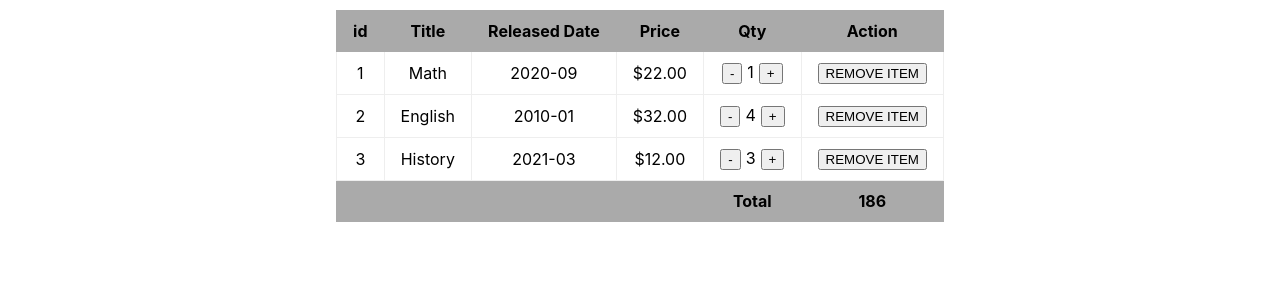
Repository: vgg1kkh/myBookStoreBasket
Page: /
An editor plug-in stored every save of this project. The page is shown before and after a run of saves, followed by the edit.
The browser window is 1280 px wide. The pictures show the whole page.
The project was rebuilt for these pictures with package versions that can differ from the ones it lists, and the page was loaded fresh each time.

Above is the page before, as saved 2021-10-07 16:49:02.

### public/index.html
<!DOCTYPE html>
<html lang="en">
  <head>
    <meta charset="utf-8" />
    <link rel="icon" href="%PUBLIC_URL%/favicon.ico" />
    <meta name="viewport" content="width=device-width, initial-scale=1" />
    <meta name="theme-color" content="#000000" />
    <meta
      name="description"
      content="Web site created using create-react-app"
    />
    <title>React App</title>
  </head>
  <body>
    <noscript>You need to enable JavaScript to run this app.</noscript>
    <div id="root"></div>

  </body>
</html>

### src/App.js
import React, { Component } from "react";
import { formatPrice } from "./format-util";
import "./App.css";

export default class App extends Component {
  constructor() {
    super();
    this.state = {
      bookList: [
        { id: 3, name: "Math", date: "2020-09", price: 22, number: 1 },
        { id: 4, name: "English", date: "2010-01", price: 32, number: 4 },
        { id: 5, name: "History", date: "2021-03", price: 12, number: 3 },
      ],
    };
  }

  getTotalPrice() {
    // this.state.bookList.reduce(
    //   (pre, item) => (pre = item.price * item.number + pre)
    // );
    let totalPrice = 0
    for(let i of this.state.bookList){
        totalPrice = i.price * i.number + totalPrice
    }
    return totalPrice
  }
  render() {
    return (
      <>
        <div>
          <table className="table-wrapper">
            <thead>
              <tr>
                <th>id</th>
                <th>Title</th>
                <th>Released Date</th>
                <th>Price</th>
                <th>Qty</th>
                <th>Action</th>
              </tr>
            </thead>
            <tbody>
              {this.state.bookList.map((item, index) => {
                return (
                  <tr key={item.id}>
                    <td>{index + 1}</td>
                    <td>{item.name}</td>
                    <td>{item.date}</td>
                    <td>{formatPrice(item.price)}</td>
                    <td>
                      <button>-</button>
                      <span className="book-qty">
                        {item.number}
                      </span>
                      <button>+</button>
                    </td>
                    <td>
                      <button>REMOVE ITEM</button>
                    </td>
                  </tr>
                );
              })}
              <tr>
                <th></th>
                <th></th>
                <th></th>
                <th></th>
                <th>Total</th>
                <th>{this.getTotalPrice()}</th>
              </tr>
            </tbody>
          </table>
        </div>

      </>
    );
  }
}

### src/format-util.js
export function formatPrice(price){
    if(typeof price !== "number"){
        return Number(price) || 0
    }
    return ("$"+price.toFixed(2))
}

### src/App.css
.table-wrapper {
    margin: 10px auto;
    border: 1px solid #eee;
    border-collapse: collapse;
    text-align: center;
}

th,td {
    border: 1px solid #eee;
    padding: 10px 16px;
    /* border-collapse: collapse; */
}

th {
    background-color: #aaa;
    border-color: #aaa
}
table tbody tr:last-child{
    background-color: #fff;
}
.book-qty {
    margin: 0 5px;
}

Loaded but not shown: src/index.js (common file); src/index.css (common file)

After the next 2 saves:
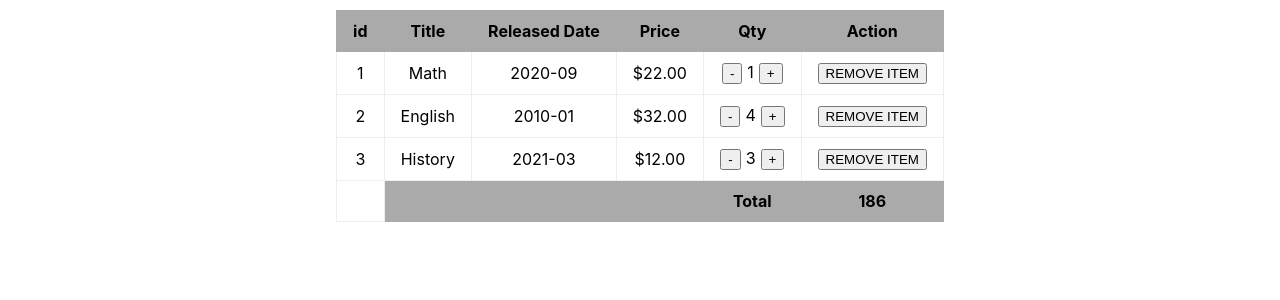
The 2 saves are shown as one change because they came seconds apart.
The last was saved 18 s later.
--- a/src/App.js
+++ b/src/App.js
@@ -61,7 +61,7 @@ export default class App extends Component {
                 );
               })}
               <tr>
-                <th></th>
+                <td></td>
                 <th></th>
                 <th></th>
                 <th></th>
